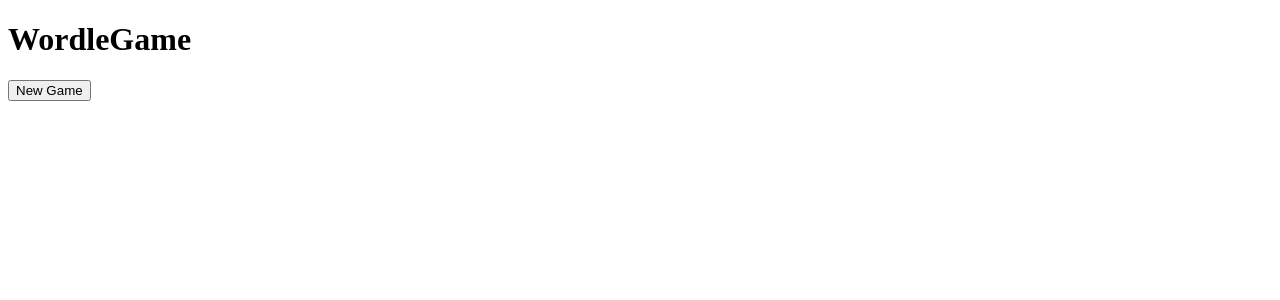
Repository: KarimIsaac/WorldeGame
Page: index.html
An editor plug-in stored every save of this project. The page is shown before and after the next save, followed by the edit.
The browser window is 1280 px wide. The pictures show the whole page.

Above is the page before, as saved 2022-03-13 06:15:42.

After the next save:
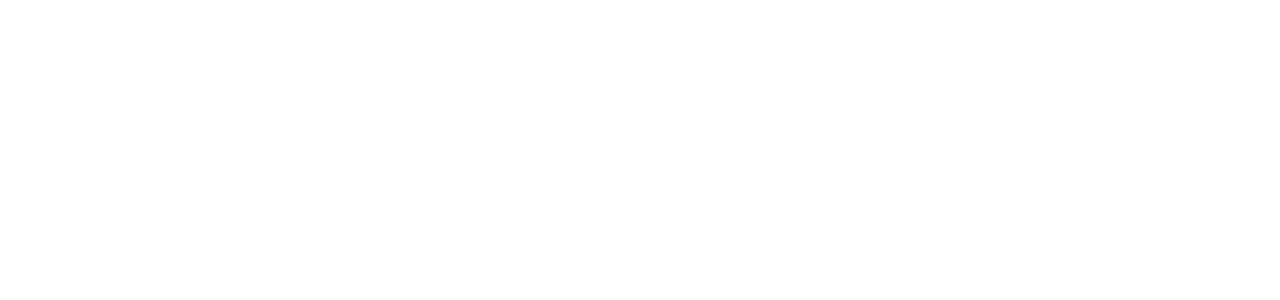
Saved 2 min 34 s later.
--- a/index.html
+++ b/index.html
@@ -7,13 +7,6 @@
     <title>Worlde Game</title>
 </head>
 <body>
-    <h1>WordleGame</h1>
-    <div id="grid"></div>
-    <p id="answer"></p>
-    <div id="keyboard"></div>
 
-    <p>
-      <button onClick="init()">New Game</button>
-      </o>
 </body>
 </html>

After the save that followed:
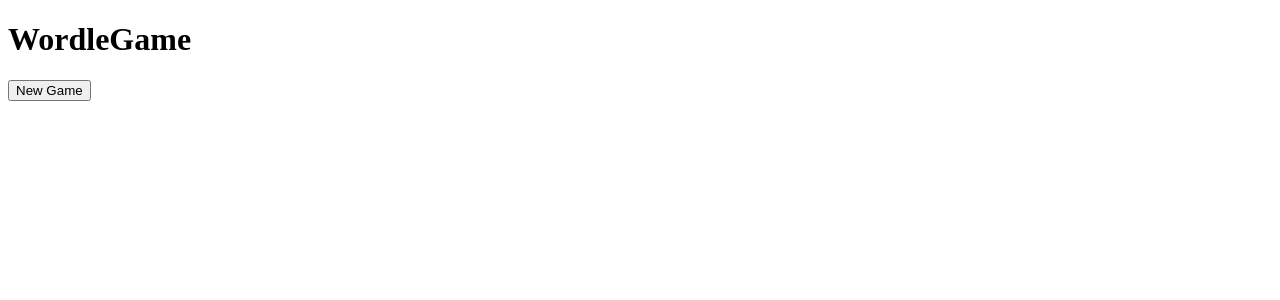
Saved 4 s later.
--- a/index.html
+++ b/index.html
@@ -5,6 +5,14 @@
     <meta http-equiv="X-UA-Compatible" content="IE=edge">
     <meta name="viewport" content="width=device-width, initial-scale=1.0">
     <title>Worlde Game</title>
+    <h1>WordleGame</h1>
+    <div id="grid"></div>
+    <p id="answer"></p>
+    <div id="keyboard"></div>
+
+    <p>
+      <button onClick="init()">New Game</button>
+      </o>
 </head>
 <body>
 
